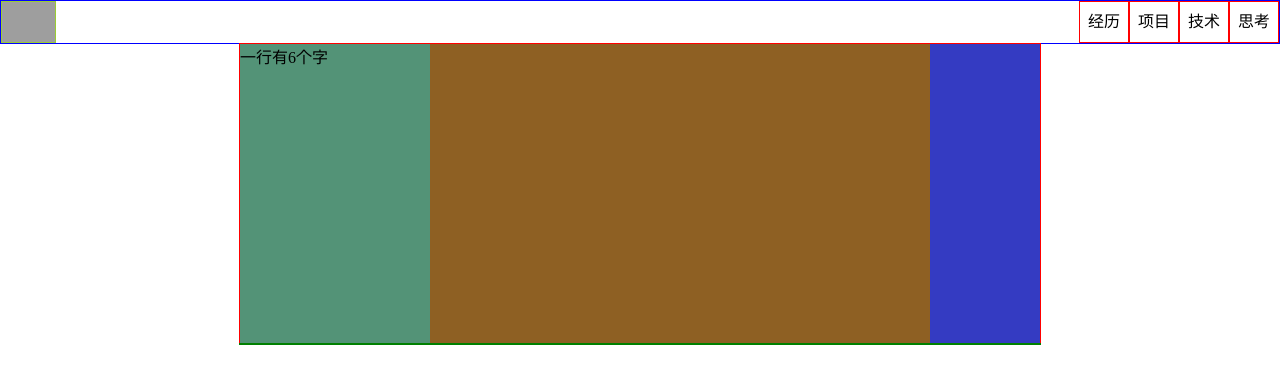
Repository: Lixianlai-2/Css-practice
Page: index.html
The author's editor kept a copy of each file at every save. The page is drawn from the files as they stood at one save, then again after the next save.
The browser window is 1280 px wide. The pictures show the whole page.
Pictures or frames that could not be fetched are drawn as grey boxes.

Above is the page before, as saved 2021-12-03 11:05:17.

After the next save:
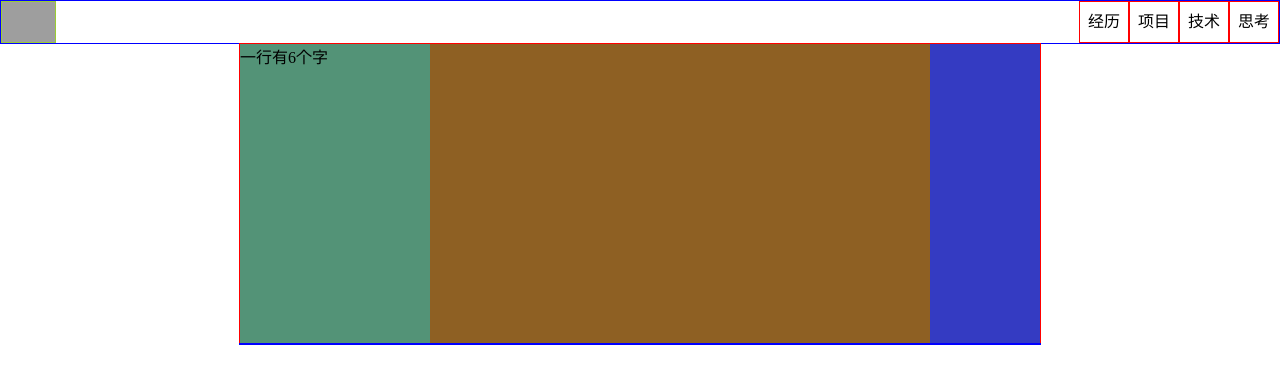
Saved 9 s later.
--- a/style.css
+++ b/style.css
@@ -74,7 +74,7 @@ ul {
 }
 
 .imageList {
-  outline: 1px solid green;
+  outline: 1px solid blue;
   width: 800px;
   margin-left: auto;
   margin-right: auto;
